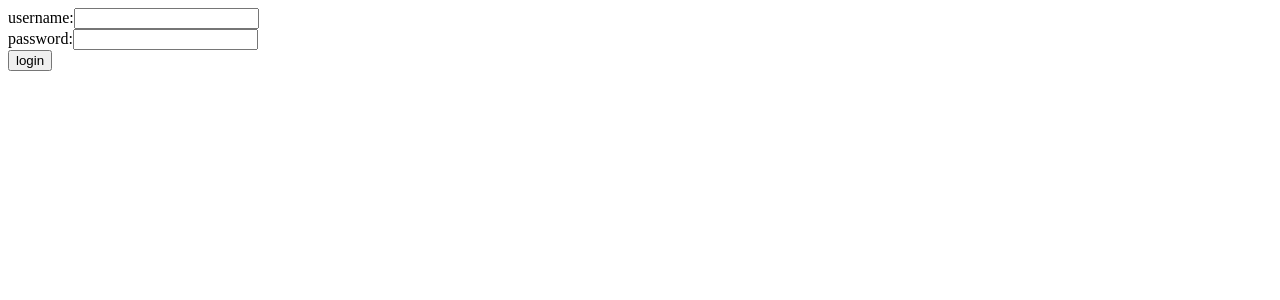
Repository: LAKSHMINAVYATADIKAMALLA/training
Page: JSP/WebContent/First.html
The author's editor kept a copy of each file at every save. The page is drawn from the files as they stood at one save, then again after the next save.
The browser window is 1280 px wide. The pictures show the whole page.

Above is the page before, as saved 2020-02-11 09:48:59.

After the next save:
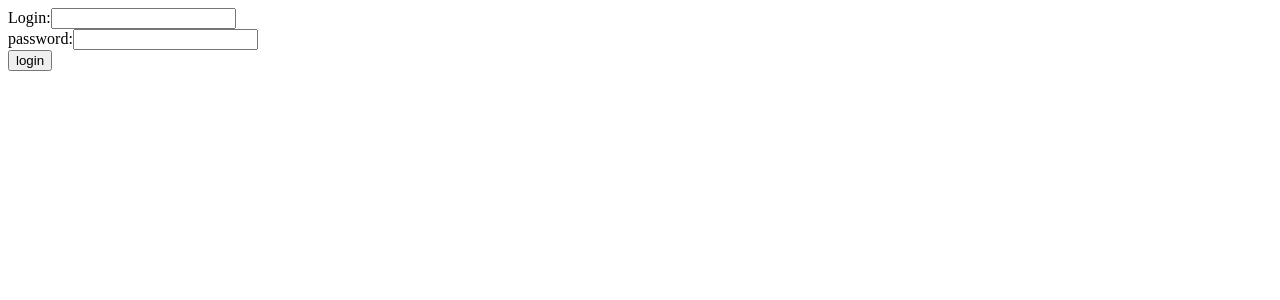
Saved 88 s later.
--- a/JSP/WebContent/First.html
+++ b/JSP/WebContent/First.html
@@ -6,7 +6,7 @@
 </head>
 <body>
 <form action="http://Localhost:8004/JSP/Processdata.jsp">
-username:<input type="text" name="login"><br>
+Login:<input type="text" name="login"><br>
 password:<input type="password" name="Password"/><br>
 <input type="submit" value="login">
 </form>
